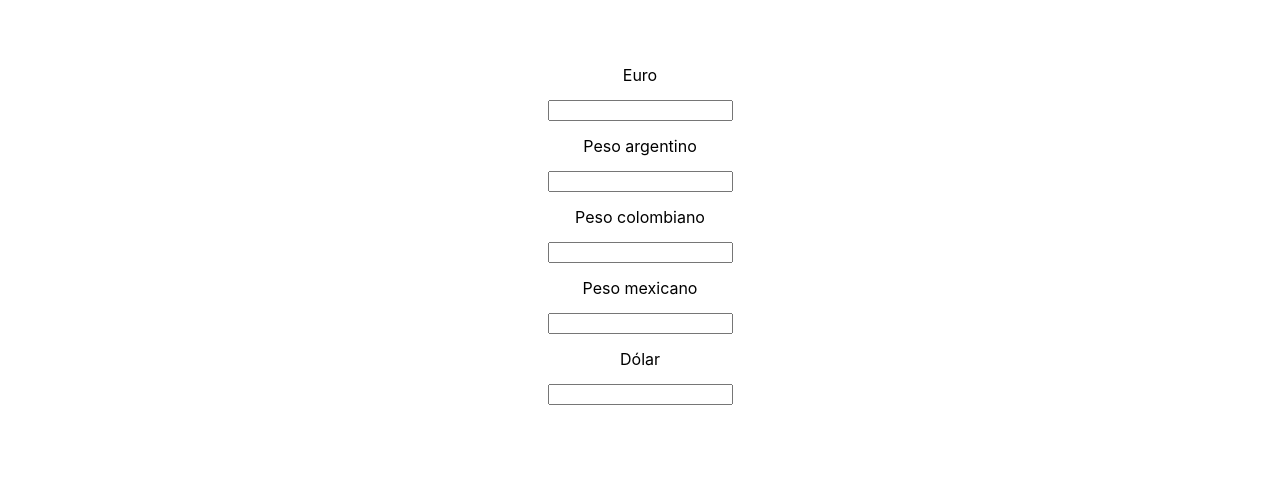
Repository: abgdev1997/ejercicios-react
Page: /
The author's editor kept a copy of each file at every save. The page is drawn from the files as they stood at one save, then again after the next save.
The browser window is 1280 px wide. The pictures show the whole page.
The project was rebuilt for these pictures with package versions that can differ from the ones it lists, and the page was loaded fresh each time.

Above is the page before, as saved 2022-02-22 14:03:23.

### public/index.html
<!DOCTYPE html>
<html lang="en">
  <head>
    <meta charset="utf-8" />
    <link rel="icon" href="%PUBLIC_URL%/favicon.ico" />
    <meta name="viewport" content="width=device-width, initial-scale=1" />
    <meta name="theme-color" content="#000000" />
    <meta
      name="description"
      content="Web site created using create-react-app"
    />
    <link rel="apple-touch-icon" href="%PUBLIC_URL%/logo192.png" />
    <link rel="manifest" href="%PUBLIC_URL%/manifest.json" />
    <title>JAB Converter</title>
  </head>
  <body>
    <noscript>You need to enable JavaScript to run this app.</noscript>
    <div id="root"></div>
  </body>
</html>

### src/index.js
import React from 'react';
import ReactDOM from 'react-dom';
import './index.css';
import AppConversor from './AppConversor';

ReactDOM.render(
  <React.StrictMode>
    <AppConversor />
  </React.StrictMode>,
  document.getElementById('root')
);

### src/AppConversor.js
import { useState } from "react";
import "./AppConversor.css";

function AppConversor() {
  const [monedas, setMonedas] = useState({
      euro: 1,
      pesoArgentino: 237.2,
      pesoColombiano: 9087,
      pesoMexicano: 46.4,
      dolar: 3.6
  });



  return <div className="AppConversor">
      <label className="label">Euro</label>
      <input className="input"></input>
      <label className="label">Peso argentino</label>
      <input className="input"></input>
      <label className="label">Peso colombiano</label>
      <input className="input"></input>
      <label className="label">Peso mexicano</label>
      <input className="input"></input>
      <label className="label">Dólar</label>
      <input className="input"></input>
  </div>;
}
export default AppConversor;

### src/AppConversor.css
.AppConversor{
    display: flex;
    flex-direction: column;
    align-items: center;
    margin-top: 50px;
}

.label{
    padding: 15px;
}

Loaded but not shown: src/index.css (common file)

After the next save:
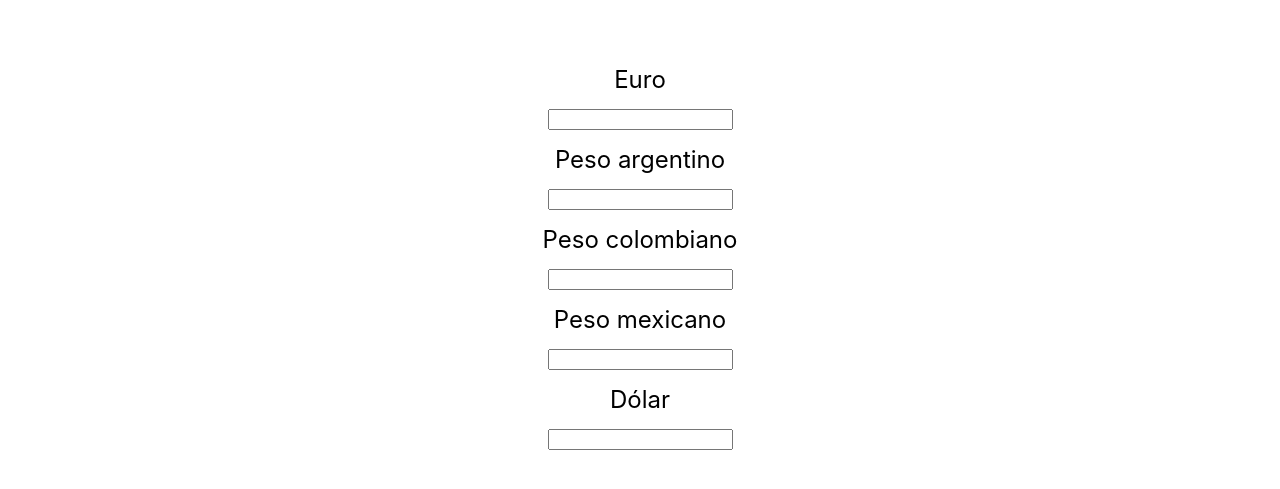
Saved 18 s later.
--- a/src/AppConversor.css
+++ b/src/AppConversor.css
@@ -7,4 +7,5 @@
 
 .label{
     padding: 15px;
+    font-size: 1.5rem;
 }
